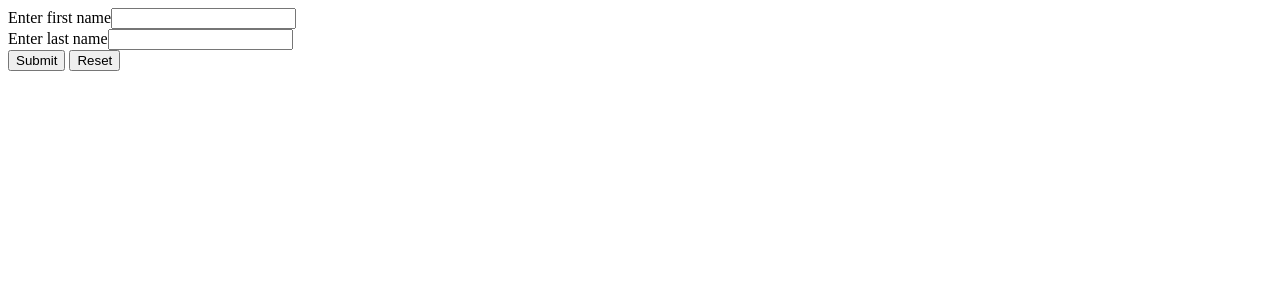
Repository: Bindu2296/allProjects
Page: http://localhost/Jspforms/forms.jsp
An editor plug-in stored every save of this project. The page is shown before and after the next save, followed by the edit.
The browser window is 1280 px wide. The pictures show the whole page.
The page is served by Tomcat 9. Other server files are loaded and not shown.

Above is the page before, as saved 2019-03-26 11:14:20.

### Jspforms/src/main/webapp/forms.jsp

<html>
<head>
<meta charset="ISO-8859-1">
<title>Insert title here</title>
</head>
<body>
<form action="register.do">
<label>Enter first name</label><input name="firstname" type="text"/><br>
<label>Enter last name</label><input name="lastname" type="text"/><br>
<button type="submit">Submit</button>
<button type="reset">Reset</button><br>
</form>
</body>
</html>

After the next save:
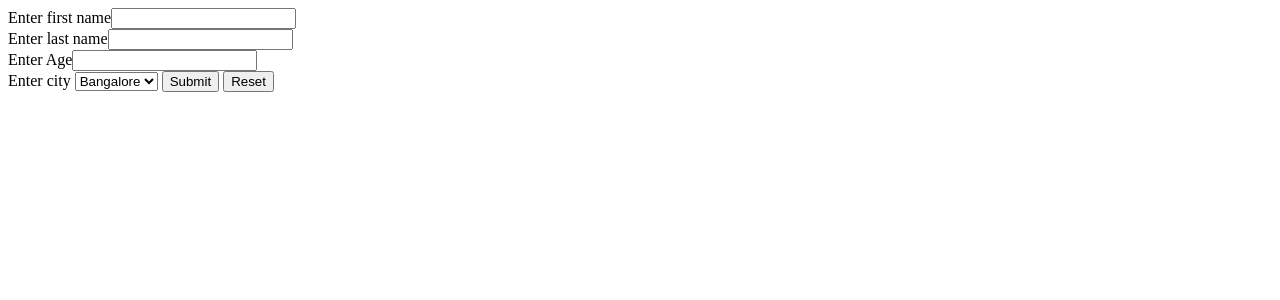
Saved 3 min 54 s later.
--- a/Jspforms/src/main/webapp/forms.jsp
+++ b/Jspforms/src/main/webapp/forms.jsp
@@ -8,6 +8,13 @@
 <form action="register.do">
 <label>Enter first name</label><input name="firstname" type="text"/><br>
 <label>Enter last name</label><input name="lastname" type="text"/><br>
+<label>Enter Age</label><input name="age" type="number"/><br>
+<label>Enter city </label><select>
+  <option value="blore">Bangalore</option>
+  <option value="chennai">Chennai</option>
+  <option value="mysore">Mysore</option>
+  <option value="delhi">Delhi</option>
+</select>
 <button type="submit">Submit</button>
 <button type="reset">Reset</button><br>
 </form>
